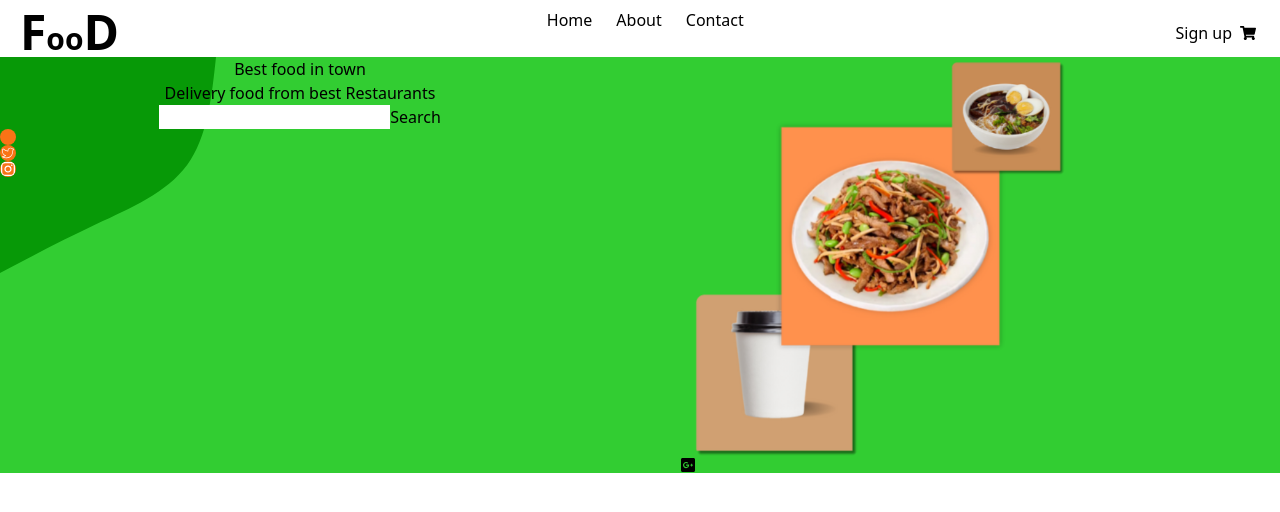
Repository: KhushiCode14/FoodWeb
Page: /
The author's editor kept a copy of each file at every save. The page is drawn from the files as they stood at one save, then again after the next save.
The browser window is 1280 px wide. The pictures show the whole page.
The project was rebuilt for these pictures with package versions that can differ from the ones it lists, and the page was loaded fresh each time. Also part of the build but not shown: src/components/Home/SignUp.tsx, src/components/Home/SignIn.tsx.

Above is the page before, as saved 2024-09-19 19:24:30.

After the next save:
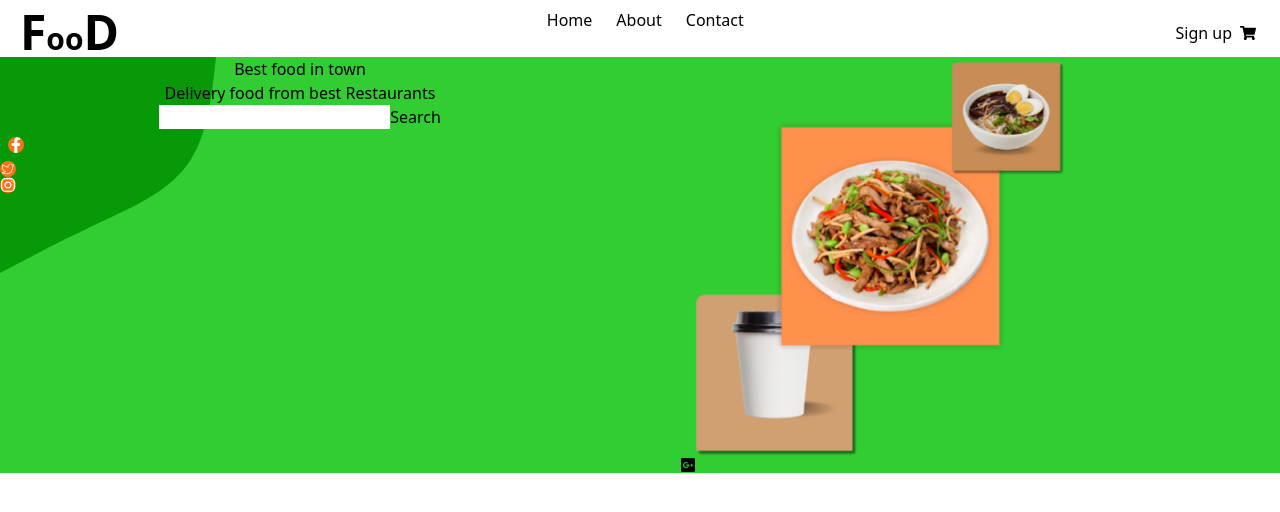
Saved 19 s later.
--- a/src/Pages/Home.tsx
+++ b/src/Pages/Home.tsx
@@ -14,7 +14,7 @@ const Home: React.FC = () => {
           <input type="text"></input>
           <button>Search</button>
           <div >
-            <FaFacebookF color="white" className="bg-orange-500 rounded-full p-2"/>
+            <FaFacebookF color="white" className="bg-orange-500 rounded-full m-2"/>
             < CiTwitter color="white" className="bg-orange-500 rounded-full"/>
             <FaInstagram  color="white" className="bg-orange-500 rounded-full"/>
           </div>
